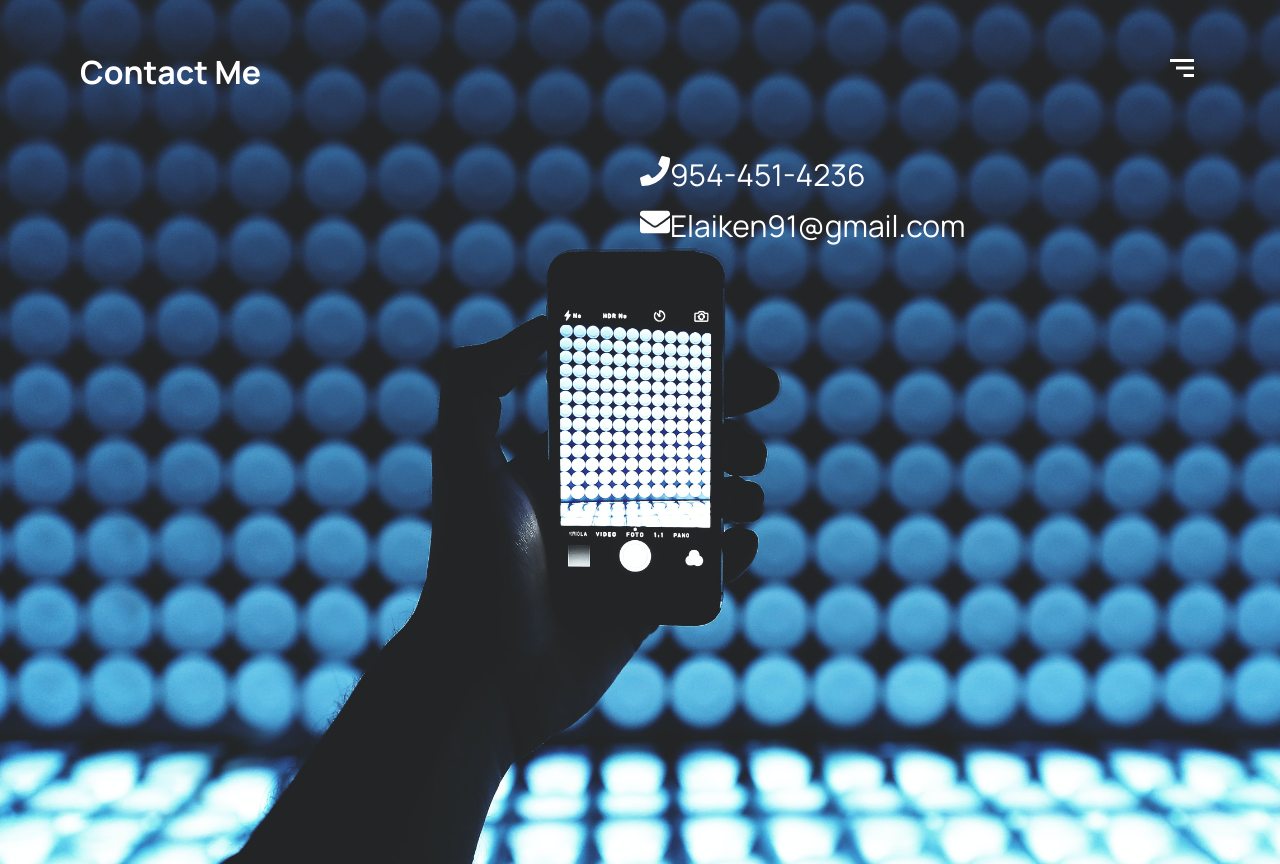
Repository: elaiken/portfolio
Page: /contact-me
The author's editor kept a copy of each file at every save. The page is drawn from the files as they stood at one save, then again after the next save.
The browser window is 1280 px wide. The pictures show the whole page.
The project was rebuilt for these pictures with package versions that can differ from the ones it lists, and the page was loaded fresh each time. Also part of the build but not shown: src/components/Error.js, src/components/Home.js, src/components/Projects.js.

Above is the page before, as saved 2021-11-26 13:54:06.

After the next save:
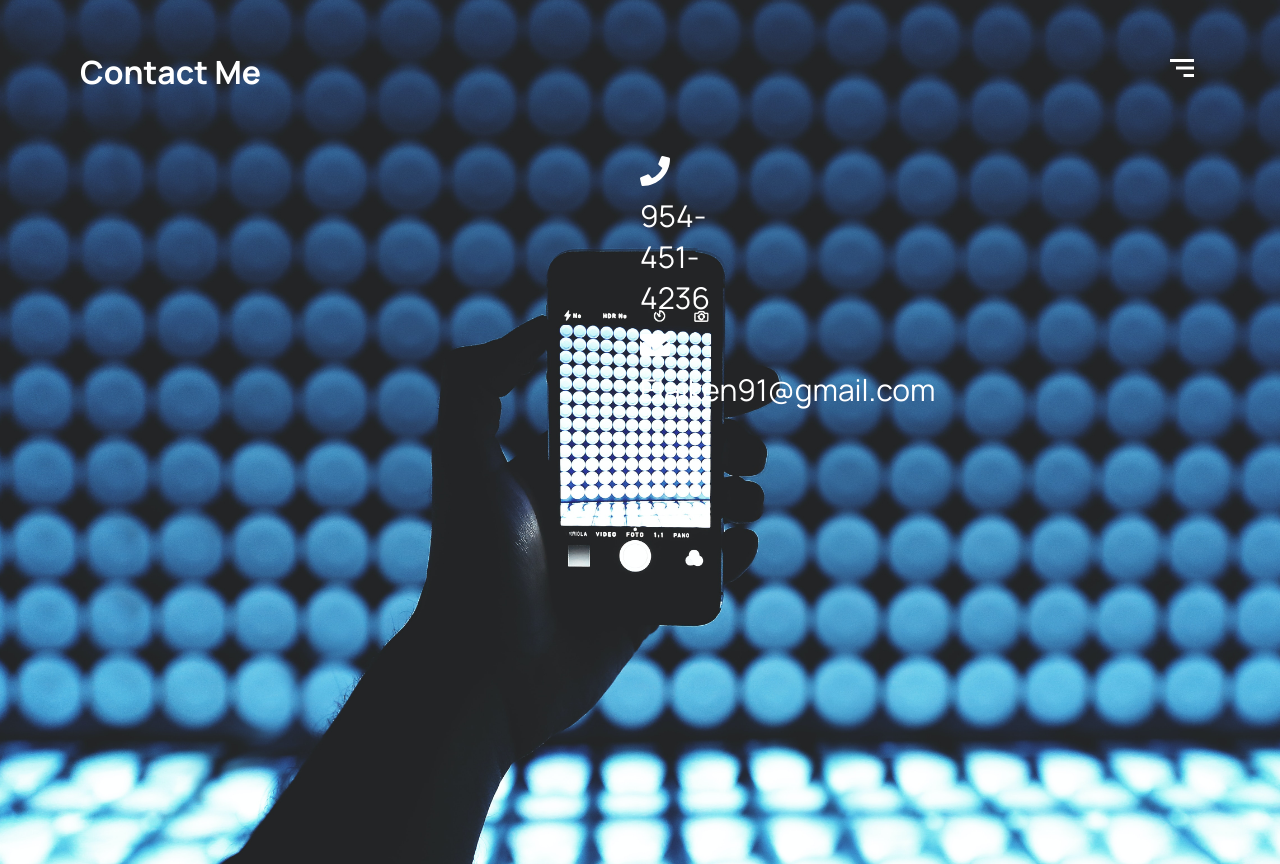
Saved 42 s later.
--- a/src/index.css
+++ b/src/index.css
@@ -143,6 +143,7 @@
 .contacts ul {
   position: absolute;
   left: 50%;
+  right: 50%;
   translate:traslate(-50%,-50%) ;
 
 }

After the save that followed:
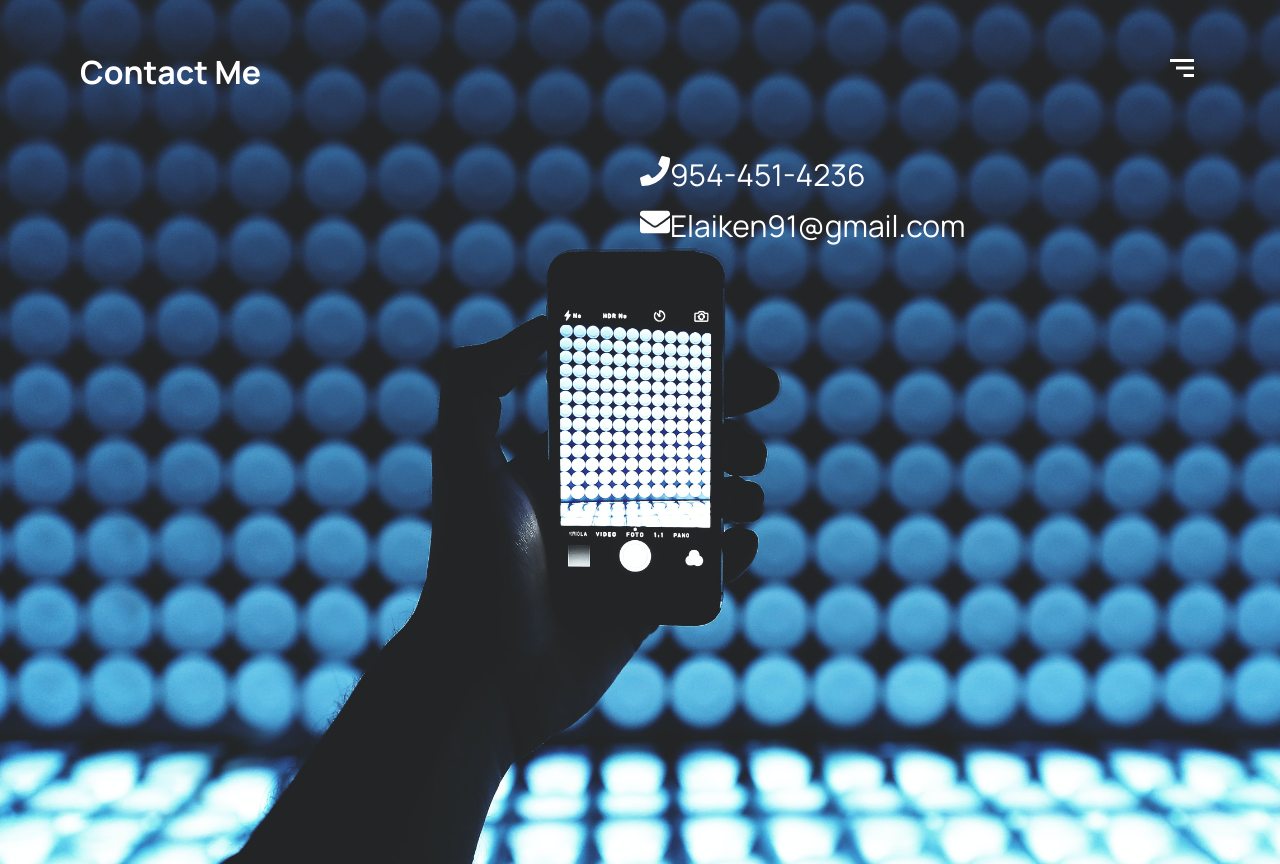
Saved 8 s later.
--- a/src/index.css
+++ b/src/index.css
@@ -143,7 +143,7 @@
 .contacts ul {
   position: absolute;
   left: 50%;
-  right: 50%;
+
   translate:traslate(-50%,-50%) ;
 
 }
